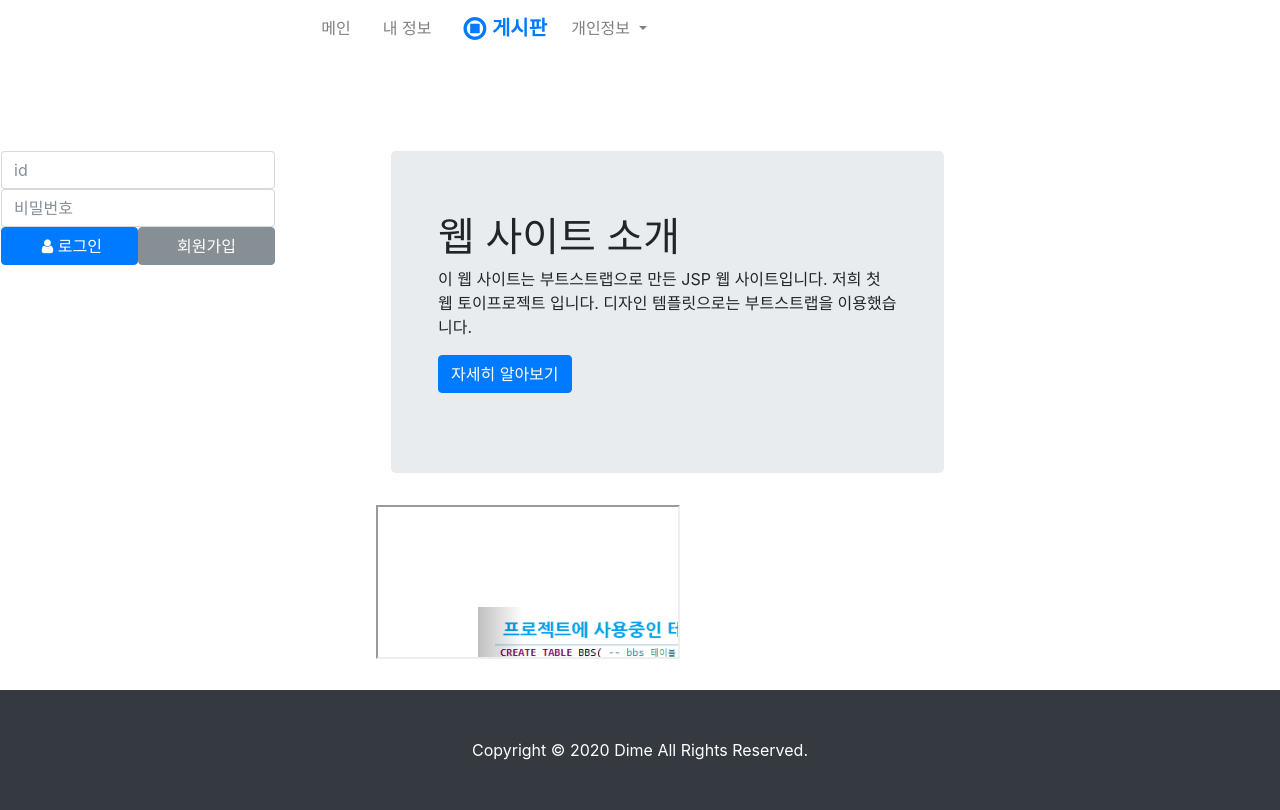
Repository: elecdime/jspboard
Page: http://localhost/BBS/projectbbs/Main.jsp
The author's editor kept a copy of each file at every save. The page is drawn from the files as they stood at one save, then again after the next save.
The browser window is 1280 px wide. The pictures show the whole page.
Some web libraries are served in a nearby version. The page is served by Tomcat 9.

Above is the page before, as saved 2020-07-08 13:34:42.

After the next save:
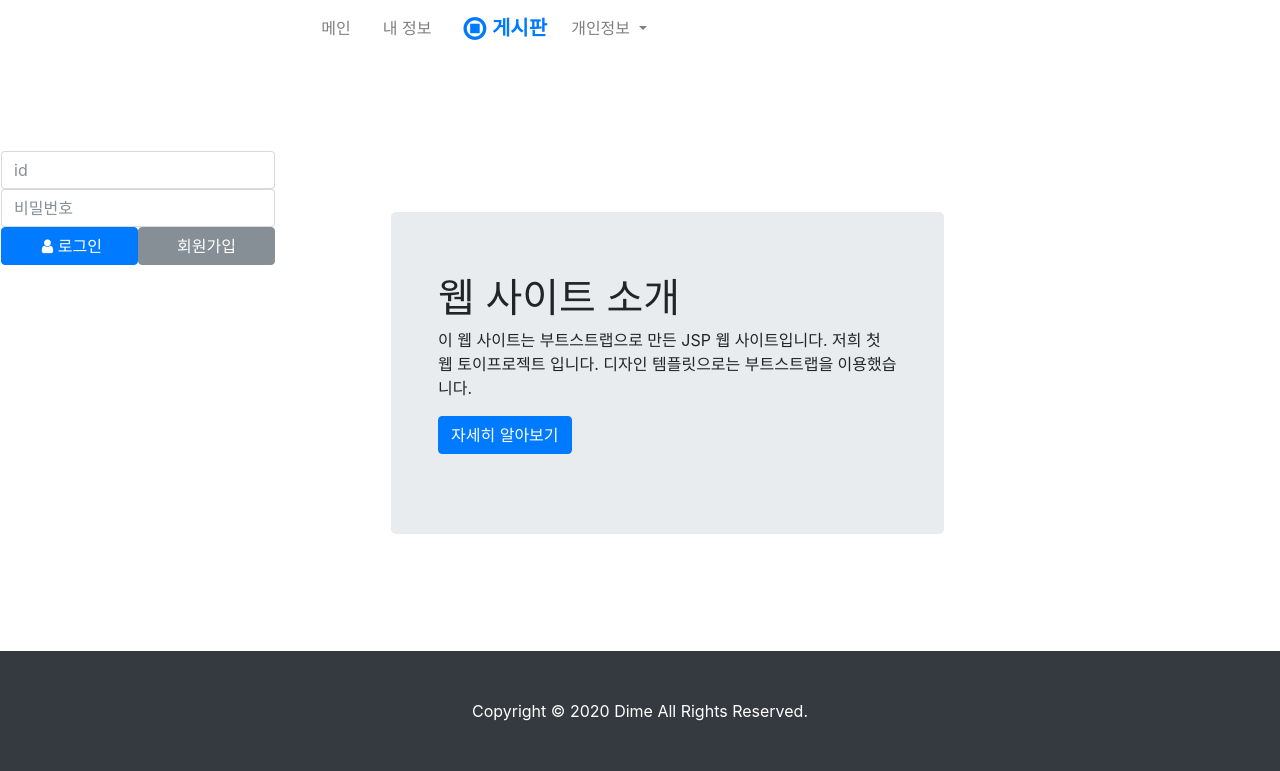
Saved 24 s later.
--- a/dime/project Web/BBS/WebContent/projectbbs/Main.jsp
+++ b/dime/project Web/BBS/WebContent/projectbbs/Main.jsp
@@ -39,7 +39,7 @@
         </div>
     </div>
 
-                <iframe src="profile.jsp"></iframe>
+
 
 
 

After the save that followed:
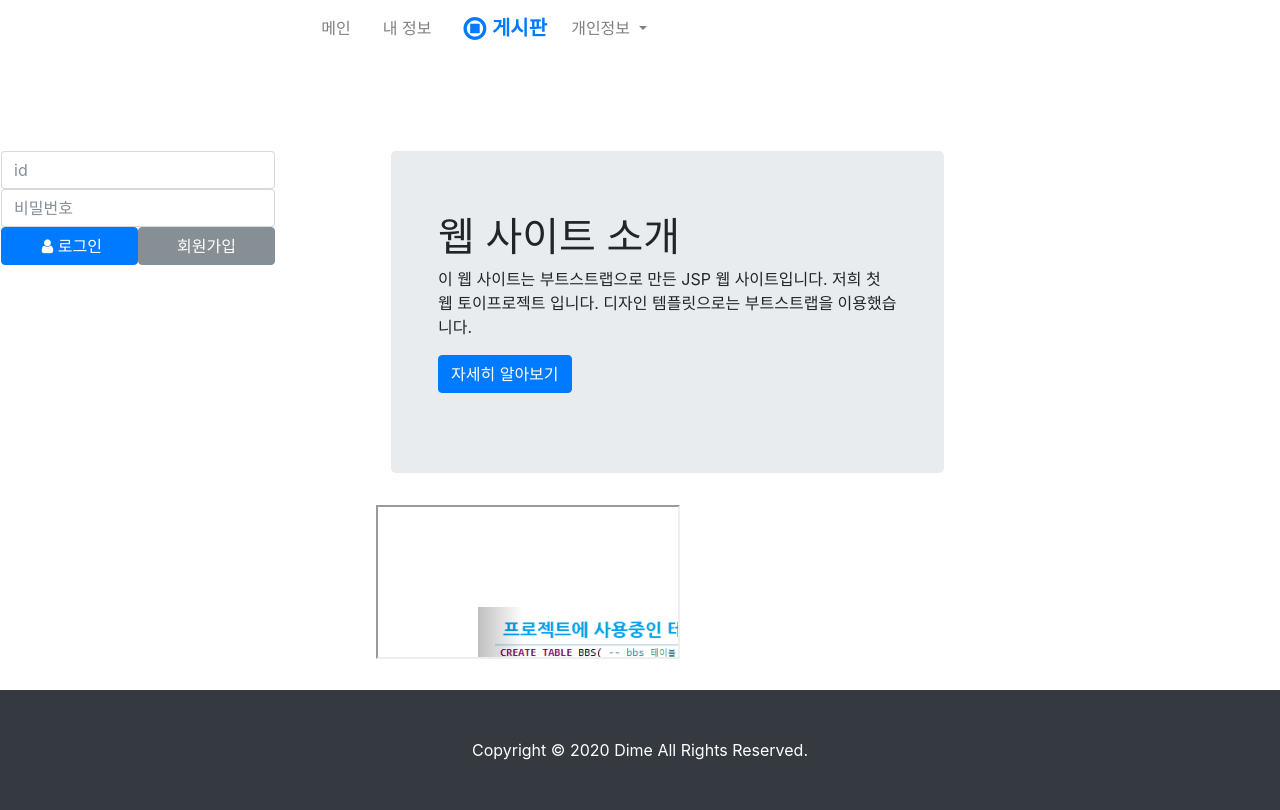
Saved 4 min 1 s later.
--- a/dime/project Web/BBS/WebContent/projectbbs/Main.jsp
+++ b/dime/project Web/BBS/WebContent/projectbbs/Main.jsp
@@ -33,12 +33,13 @@
             <div class="container">
                 <h1>웹 사이트 소개</h1>
                 <p>이 웹 사이트는 부트스트랩으로 만든 JSP 웹 사이트입니다.  저희 첫 웹 토이프로젝트 입니다. 디자인 템플릿으로는 부트스트랩을 이용했습니다.</p>
-                <p><a class="btn btn-primary btn-pull" href="#" role="button">자세히 알아보기</a></p>
+                <p><a class="btn btn-primary btn-pull" href="profile.jsp" role="button" target="_blank">자세히 알아보기</a></p>
 
             </div>
         </div>
     </div>
 
+                    <iframe src="profile.jsp"></iframe>
 
 
 
